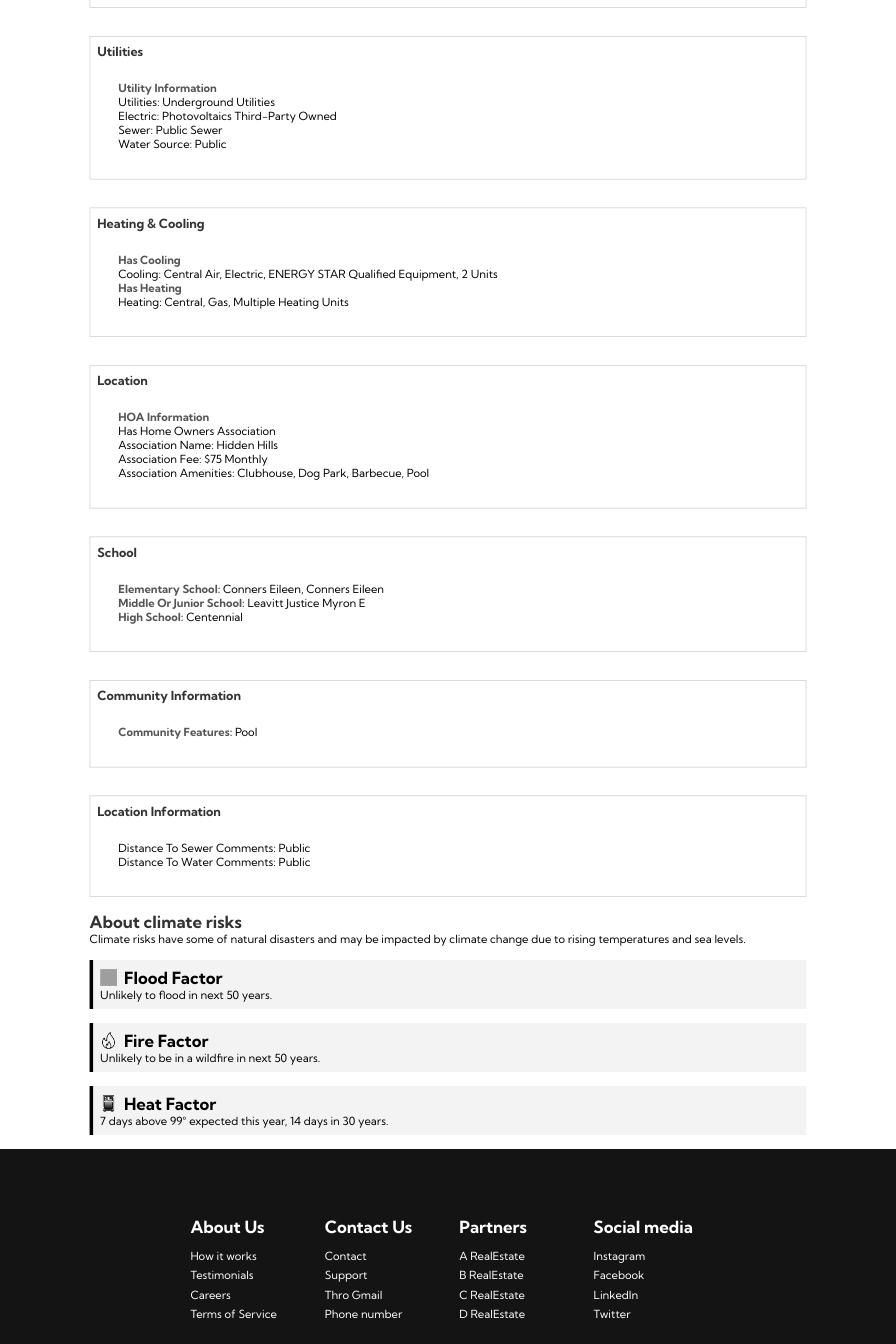
Repository: MrAllin1/ProgWWW_23_Gr1
Page: pages/House4.html
An editor plug-in stored every save of this project. The page is shown before and after the next save, followed by the edit.
The browser window is 1280 px wide. The pictures show the part of the page from y = 4078 to 5998 px (the page is 6150 px tall before and 6280 px after), at 70% of full size.
Pictures or frames that could not be fetched are drawn as grey boxes. Some web libraries are served in a nearby version.

Above is the page before, as saved 2024-01-11 12:27:29.

### pages/House4.html
<!DOCTYPE html>
<html lang="en">
<head>
    <meta charset="UTF-8">
    <meta name="viewport" content="width=device-width, initial-scale=1.0">
    <link rel="stylesheet" type="text/css" href="../pages/stylesForHouse.css">
    <script src="https://kit.fontawesome.com/186711ed6a.js" crossorigin="anonymous"></script>
    <link rel="preconnect" href="https://fonts.googleapis.com">
    <link rel="preconnect" href="https://fonts.gstatic.com" crossorigin>
    <link href="https://fonts.googleapis.com/css2?family=Kumbh+Sans:wght@400;700&display=swap" rel="stylesheet">
    <link rel="stylesheet" href="https://cdnjs.cloudflare.com/ajax/libs/font-awesome/5.15.4/css/all.min.css">
    <title>House on Porter Ranch</title>
</head>
<body>
    <nav class="navbar">
        <div class="navbar_container">
            <a href="/" id="navbar_logo"> <i class="fas fa-house-flag"></i>AFA</a>
            <div class="navbar_toggle" id="mobile-menu">
                <span class="bar"></span>
                <span class="bar"></span>
                <span class="bar"></span>
            </div>
            <ul class="navbar_menu">
                <li class="navbar_item">
                    <a href="#home" class="navbar_link">Home</a>
                </li>
                <li class="navbar_item">
                    <a href="#services" class="navbar_link">Services</a>
                </li>
                <li class="navbar_item">
                    <a href="/pages/BuyRent.html" class="navbar_link">Buy/Rent</a>
                </li>
                <li class="navbar_item">
                    <a href="/pages/sell.html" class="navbar_link">Sell</a>
                </li>
                <li class="navbar_btn">
                    <a href="/pages/signUp.html" class="button">Sign Up</a>
                </li>
            </ul>
        </div>
    </nav>
    <div class="gallery-container">
        <h1>Welcome to the Porter Ranch, CA 91326 House</h1> </br>
        <a href="https://www.google.com/maps/place/20352+Via+Galileo,+Porter+Ranch,+CA+91326" target="_blank" class="services_link">20352 Via Galileo, Porter Ranch, CA 91326</a>
        <p>$2,149,000</p>
        <span>439 square meters</span>
        <div class="gallery">
            <img src="/images/House_5/item_1.jpg" alt="Image 1" />
            <img src="/images/House_5/item_2.jpg" alt="Image 2" />
            <img src="/images/House_5/item_3.jpg" alt="Image 3" />
            <img src="/images/House_5/item_4.jpg" alt="Image 4" />
            <img src="/images/House_5/item_5.jpg" alt="Image 5" />
            <img src="/images/House_5/item_6.jpg" alt="Image 6" />
            <img src="/images/House_5/item_7.jpg" alt="Image 7" />
            <img src="/images/House_5/item_8.jpg" alt="Image 8" />
            <img src="/images/House_5/item_9.jpg" alt="Image 9" />
            <img src="/images/House_5/item_10.jpg" alt="Image 10" />
            <img src="/images/House_5/item_11.jpg" alt="Image 11" />
            <img src="/images/House_5/item_12.jpg" alt="Image 12" />
            <img src="/images/House_5/item_13.jpg" alt="Image 13" />
            <img src="/images/House_5/item_14.jpg" alt="Image 14" />
            <img src="/images/House_5/item_15.jpg" alt="Image 15" />
            <img src="/images/House_5/item_16.jpg" alt="Image 16" />
            <img src="/images/House_5/item_17.jpg" alt="Image 17" />
            <img src="/images/House_5/item_18.jpg" alt="Image 18" />
            <img src="/images/House_5/item_19.jpg" alt="Image 19" />
            <img src="/images/House_5/item_20.jpg" alt="Image 20" />
            <img src="/images/House_5/item_21.jpg" alt="Image 21" />
            <img src="/images/House_5/item_22.jpg" alt="Image 22" />
            <img src="/images/House_5/item_23.jpg" alt="Image 23" />
            <img src="/images/House_5/item_24.jpg" alt="Image 24" />
            <img src="/images/House_5/item_25.jpg" alt="Image 25" />
            <img src="/images/House_5/item_26.jpg" alt="Image 26" />
            <img src="/images/House_5/item_27.jpg" alt="Image 27" />
            <img src="/images/House_5/item_28.jpg" alt="Image 28" />
            <img src="/images/House_5/item_29.jpg" alt="Image 29" />
            <img src="/images/House_5/item_30.jpg" alt="Image 30" />
            <img src="/images/House_5/item_31.jpg" alt="Image 31" />
            <img src="/images/House_5/item_32.jpg" alt="Image 32" />
            <img src="/images/House_5/item_33.jpg" alt="Image 33" />
            <img src="/images/House_5/item_34.jpg" alt="Image 34" />
            <img src="/images/House_5/item_35.jpg" alt="Image 35" />
            <img src="/images/House_5/item_36.jpg" alt="Image 36" />
            <img src="/images/House_5/item_37.jpg" alt="Image 37" />
            <img src="/images/House_5/item_38.jpg" alt="Image 38" />
            <img src="/images/House_5/item_39.jpg" alt="Image 39" />
            <img src="/images/House_5/item_40.jpg" alt="Image 40" />
            <img src="/images/House_5/item_41.jpg" alt="Image 41" />
            <img src="/images/House_5/item_42.jpg" alt="Image 42" />
            <img src="/images/House_5/item_43.jpg" alt="Image 43" />
            <img src="/images/House_5/item_44.jpg" alt="Image 44" />
            <img src="/images/House_5/item_45.jpg" alt="Image 45" />
            <img src="/images/House_5/item_46.jpg" alt="Image 46" />
            <img src="/images/House_5/item_47.jpg" alt="Image 47" />
            <img src="/images/House_5/item_48.jpg" alt="Image 48" />
            <img src="/images/House_5/item_49.jpg" alt="Image 49" />
        </div>

          <button class="arrow-button left">&#8249;</button>
          <button class="arrow-button right">&#8250;</button>
          <p><strong> About this home</strong></br> Indulge in luxury living amidst panoramic sunset views within the esteemed gated community of Renaissance at Porter Ranch. Enter this two-story 4,721 sqft estate through a spacious foyer accented by floating marble stairs and an iron-rod spiral staircase leading to the upper level. The main floor boasts a high ceiling living room anchored by a fireplace over travertine flooring. The family room is bathed in natural light streaming from glass large window that faces the yard for spectacular unobstructed hillside views. Adjacent to the family area is the gourmet kitchen, outfitted with stainless steel appliances and cabinetry. The main level also features a versatile space, and two convenient bedrooms with an attached bathroom for each. The expansive backyard boasts magnificent sunset views, a spacious solar-heated pool with fountain filtration, a spa, and a fireplace. Ascending to the upper level reveals a sizable den that can be used as an office or a game room, offering a spacious retreat. The generously proportioned master suite exudes comfort and luxury, boasting hardwood floor and marble flooring in the master bath, which includes a charming soaking tub with a jacuzzi nestled between his and her vanities. A standing glass hot steam shower offers the luxury of relaxation, while the expansive walk-in closet offers abundant storage. To conclude, the master suite has a retreat room with large window and a walk-in closet that is suited for a gym, a spacious retreat or an office. Two additional bedrooms, each with its own bathroom, contribute to the home's functional yet elegant design. Throughout, large windows showcase the surrounding natural beauty of Porter Ranch, providing a serene ambiance throughout the residence. Convenience is at your doorstep, with Whole Foods, Starbucks, and numerous popular dining destinations just minutes away at the Vineyards. The property sits near the award-winning K-8 school. Embrace an active lifestyle with nearby hiking trails and nature, while shopping options offer a vibrant city-life experience.</p>
    </div>
</br>
    <div class="property-features">
      <div class="feature">
        <i class="far fa-clock"></i> 3 weeks on AFA
      </div>
      <div class="feature">
        <i class="fas fa-warehouse"></i> 2 garage spcaces
      </div>
      <div class="feature">
        <i class="fas fa-home"></i> Single family
      </div>
      <div class="feature">
        <i class="fas fa-landmark"></i> 983 square meters
      </div>
      <div class="feature">
        <i class="fas fa-fan"></i> Has A/C
      </div>
      <div class="feature">
        <i class="fas fa-hand-holding-usd"></i> $330 monthly HOA fee
      </div>
      <div class="feature">
        <i class="fas fa-tools"></i> Built in 2022
      </div>
      <div class="feature">
        <i class="fas fa-map-marker-alt"></i> Porter Ranch
      </div>
      <div class="feature">
        <i class="fas fa-soap"></i>In-unit laundry (washer and dryer)
      </div>
      <div class="feature">
        <i class="fas fa-dollar-sign"></i> $200 for sq m
    </div>
      <div class="feature">
        <i class="fas fa-home"></i> PORA - Porter Ranch
      </div>
    </div>
    <div class="container">
        <h1>Property details for 10770 Maltese Falcon Ave</h1>
        <div class="details">
            <div class="section">
                <h2>Parking</h2>
                <ul>
                    <li><strong>Garage/Carport Information</strong><br>
                        Has Garage<br>
                        Has Attached Garage<br>
                        # of Garage Spaces: 2</li>
                    <li><strong>Parking</strong> Features: Attached, Finished Garage, Garage, Garage Door Opener, Guest </li>
                </ul>
            </div>
        </div>

        <div class="details">
            <div class="section">
                <h2>Interior</h2>
                <ul>
                    <li><strong>Virtual Tour</strong><br>
                        Virtual Tour Unbranded 1 (External Link)
                    </li>
                    <li><strong>Bedroom Information</strong><br>
                        # of Bedrooms Possible: 5
                    </li>
                    <li><strong>Bathroom Information</strong><br>
                        # of Full Bathrooms: 3
                    </li>
                    <li><strong>Room Information</strong><br>
                        # of Rooms (Total): 8
                    </li>
                    <li><strong>Room 1 Information</strong><br>
                        Primary Bedroom<br>
                        Description: Walk-In Closet(s)<br>
                        Dimensions: 17x15
                    </li>
                    <li><strong>Room 2 Information</strong><br>
                        Kitchen<br>
                        Description: Island, Walk-in Pantry
                    </li>
                    <li><strong>Room 3 Information</strong><br>
                        Family Room<br>
                        Description: Downstairs<br>
                        Dimensions: 19x17
                    </li>
                    <li><strong>Room 4 Information</strong><br>
                        Dining Room<br>
                        Description: Family Room/Dining Combo<br>
                        Dimensions: 12x7
                    </li>
                    <li><strong>Room 5 Information</strong><br>
                        Loft<br>
                        Description: Family Room<br>
                        Dimensions: 16x15
                    </li>
                    <li><strong>Room 6 Information</strong><br>
                        Bedroom 4<br>
                        Description: Closet, Downstairs<br>
                        Dimensions: 11x10
                    </li>
                    <li><strong>Room 7 Information</strong><br>
                        Bedroom 3<br>
                        Description: Closet<br>
                        Dimensions: 12x10
                    </li>
                    <li><strong>Room 8 Information</strong><br>
                        Bedroom 2<br>
                        Description: Closet<br>
                        Dimensions: 12x11
                    </li>
                    <li><strong>Laundry Information</strong><br>
                        Features: Gas Dryer Hookup, Laundry Room, Upper Level
                    </li>
                    <li><strong>Equipment</strong><br> Appliances: Built-In Gas Oven, Dryer, Dishwasher, Gas Cooktop, Disposal, Microwave, Refrigerator, Washer
                    </li>
                    <li><strong>Interior Features</strong><br>Window Features: Blinds, Double Pane Windows, Drapes, Insulated Windows, Window Treatments<br> Unfurnished<br>
                        Flooring: Laminate, Tile<br> Other Features: Bedroom on Main Level, None, Window Treatments, Programmable Thermostat
                    </li>
                </ul>
            </div>
        </div>

        <div class="details">
            <div class="section">
                <h2>Exterior</h2>
                <ul>
                    <li><strong>Building Information</strong><br> Stories: 2<br>  Year Built Details: RESALE<br>
                        Roof Details: Tile
                    </li>
                    <li><strong>Exterior Features</strong><br>
                        Exterior Features: Barbecue, Patio, Private Yard, Sprinkler/Irrigation<br>
                        Patio And Porch Features: Covered, Patio<br>
                        Security Features: Pre Wired, Security System Owned, Controlled Access<br>
                        Fencing: Block, Back Yard
                    </li>
                    <li><strong>Green Features</strong><br>
                        Green Energy Efficient: Windows, HVAC, Solar Panel(s)
                    </li>
                    <li><strong>Pool Information</strong><br>
                        Pool Features: Community
                    <li><strong>Lot Information</strong><br>Lot Size Area: 0.08<br>Lot Size Acres: 0.08<br>Lot Features:Back Yard, Desert Landscaping, Front Yard, Sprinklers In Front, Landscaped, Sprinklers Timer, < 1/4 Acre
                    <li><strong>Property Information</strong><br>Direction Faces: South<br>Resale</br>Zoning Description: Single Family</li>
                </ul>
            </div>
        </div>

        <div class="details">
            <div class="section">
                <h2>Financial</h2>
                <ul>
                    <li><strong>Tax Information</strong><br>
                        Annual Amount: $5,279
                    </li>
                </ul>
            </div>
        </div>

        <div class="details">
            <div class="section">
                <h2>Utilities</h2>
                <ul>
                    <li><strong>Utility Information</strong><br>
                        Utilities: Underground Utilities<br>
                        Electric: Photovoltaics Third-Party Owned<br>
                        Sewer: Public Sewer<br>
                        Water Source: Public
                    </li>
                </ul>
            </div>
        </div>

        <div class="details">
            <div class="section">
                <h2>Heating & Cooling</h2>
                <ul>
                    <li><strong>Has Cooling</strong><br>
                        Cooling: Central Air, Electric, ENERGY STAR Qualified Equipment, 2 Units<br>
                        <strong>Has Heating</strong><br>
                        Heating: Central, Gas, Multiple Heating Units
                    </li>
                </ul>
            </div>
        </div>

        <div class="details">
            <div class="section">
                <h2>Location</h2>
                <ul>
                    <li><strong>HOA Information</strong><br>
                        Has Home Owners Association<br>
                        Association Name: Hidden Hills<br>
                        Association Fee: $75 Monthly<br>
                        Association Amenities: Clubhouse, Dog Park, Barbecue, Pool
                    </li>
                </ul>
            </div>
        </div>

        <div class="details">
            <div class="section">
                <h2>School</h2>
                <ul>
                    <li><strong>Elementary School:</strong> Conners Eileen, Conners Eileen<br>
                        <strong>Middle Or Junior School:</strong> Leavitt Justice Myron E<br>
                        <strong>High School:</strong> Centennial
                    </li>
                </ul>
            </div>
        </div>

        <div class="details">
            <div class="section">
                <h2>Community Information</h2>
                <ul>
                    <li><strong>Community Features:</strong> Pool</li>
                </ul>
            </div>
        </div>

        <div class="details">
            <div class="section">
                <h2>Location Information</h2>
                <ul>
                    <li>Distance To Sewer Comments: Public<br>Distance To Water Comments:</strong> Public
                    </li>
                </ul>
            </div>
        </div>
    </div>


      <div class="container">
        <h1>About climate risks</h1>
        <p>Climate risks have some of natural disasters and may be impacted by climate change due to rising temperatures and sea levels.</p>

        <div class="risk-factor" id="floodRisk">
            <h2>Flood Factor</h2>
            <p>Unlikely to flood in next 50 years.</p>
        </div>

        <div class="risk-factor" id="fireRisk">
            <h2>Fire Factor</h2>
            <p>Unlikely to be in a wildfire in next 50 years.</p>
        </div>

        <div class="risk-factor" id="heatRisk">
            <h2>Heat Factor</h2>
            <p>7 days above 99° expected this year, 14 days in 30 years.</p>
        </div>
    </div>
    <div class="footer_container">
        <div class="footer_links">
            <div class="footer_link-wrapper">
                <div class="footer_link-items">
                    <h2>About Us</h2>
                    <a href="/">How it works</a>
                    <a href="/">Testimonials</a>
                    <a href="/">Careers</a>
                    <a href="/">Terms of Service</a>
                </div>
                <div class="footer_link-items">
                    <h2>Contact Us</h2>
                    <a href="/">Contact</a>
                    <a href="/">Support</a>
                    <a href="/">Thro Gmail</a>
                    <a href="/">Phone number</a>
                </div>
            </div>
            <div class="footer_link-wrapper">
                <div class="footer_link-items">
                    <h2>Partners</h2>
                    <a href="/">A RealEstate</a>
                    <a href="/">B RealEstate</a>
                    <a href="/">C RealEstate</a>
                    <a href="/">D RealEstate</a>
                </div>
                <div class="footer_link-items">
                    <h2>Social media</h2>
                    <a href="https://www.instagram.com" target="_blank">Instagram</a>
                    <a href="https://www.facebook.com" target="_blank">Facebook</a>
                    <a href="https://www.linkedin.com" target="_blank">LinkedIn</a>
                    <a href="https://www.twitter.com" target="_blank">Twitter</a>
                </div>
            </div>
        </div>
        <div class="social_media">
            <div class="social_media-wrap">
                <div class="footer_logo">
                    <a href="/" id="footer_logo"> <i class="fas fa-house-flag"></i>AFA</a>
                </div>
                <p class="website_rights">AFA © 2023.All rights reserved</p>
                <div class="social_icons">
                    <a href="/" class="social_icon_link" target="_blank"><i class="fab fa-facebook"></i></a>
                    <a href="https://www.instagram.com" class="social_icon_link" target="_blank"><i class="fab fa-instagram"></i></a>
                    <a href="https://www.facebook.com" class="social_icon_link" target="_blank"><i class="fab fa-youtube"></i></a>
                    <a href="https://www.twitter.com" class="social_icon_link" target="_blank"><i class="fab fa-twitter"></i></a>
                    <a href="https://www.linkedin.com" class="social_icon_link" target="_blank"><i class="fab fa-linkedin"></i></a>
                </div>
            </div>
        </div>
    </div>

    <script src="../app.js"></script>

</body>
</html>

Loaded but not shown: app.js (155 lines, source omitted); pages/stylesForHouse.css (778 lines, source omitted)

After the next save:
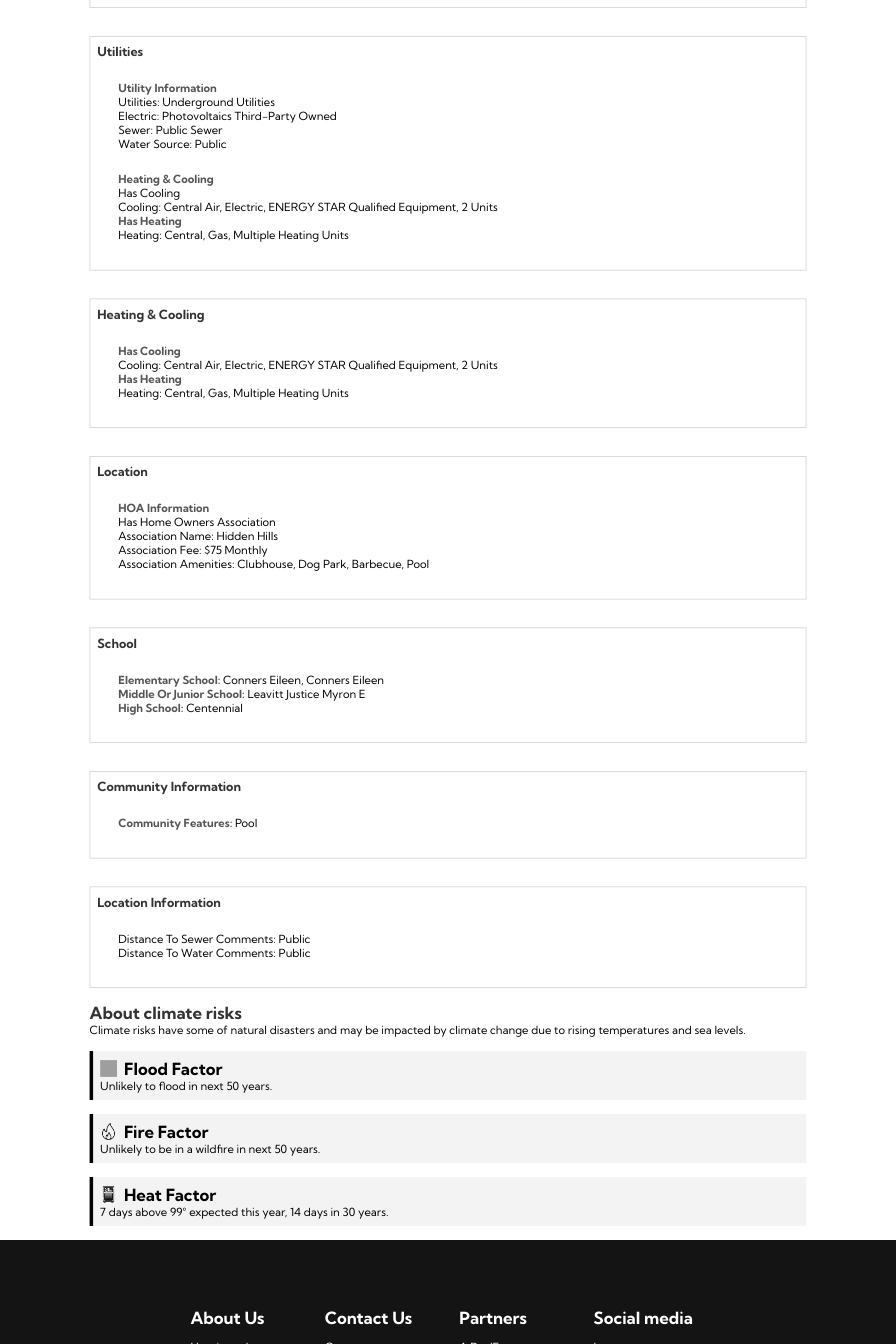
Saved 48 s later.
--- a/pages/House4.html
+++ b/pages/House4.html
@@ -263,6 +263,10 @@
                         Sewer: Public Sewer<br>
                         Water Source: Public
                     </li>
+                    <li><strong>Heating & Cooling</strong><br>Has Cooling<br>
+                        Cooling: Central Air, Electric, ENERGY STAR Qualified Equipment, 2 Units<br>
+                        <strong>Has Heating</strong><br>
+                        Heating: Central, Gas, Multiple Heating Units
                 </ul>
             </div>
         </div>
